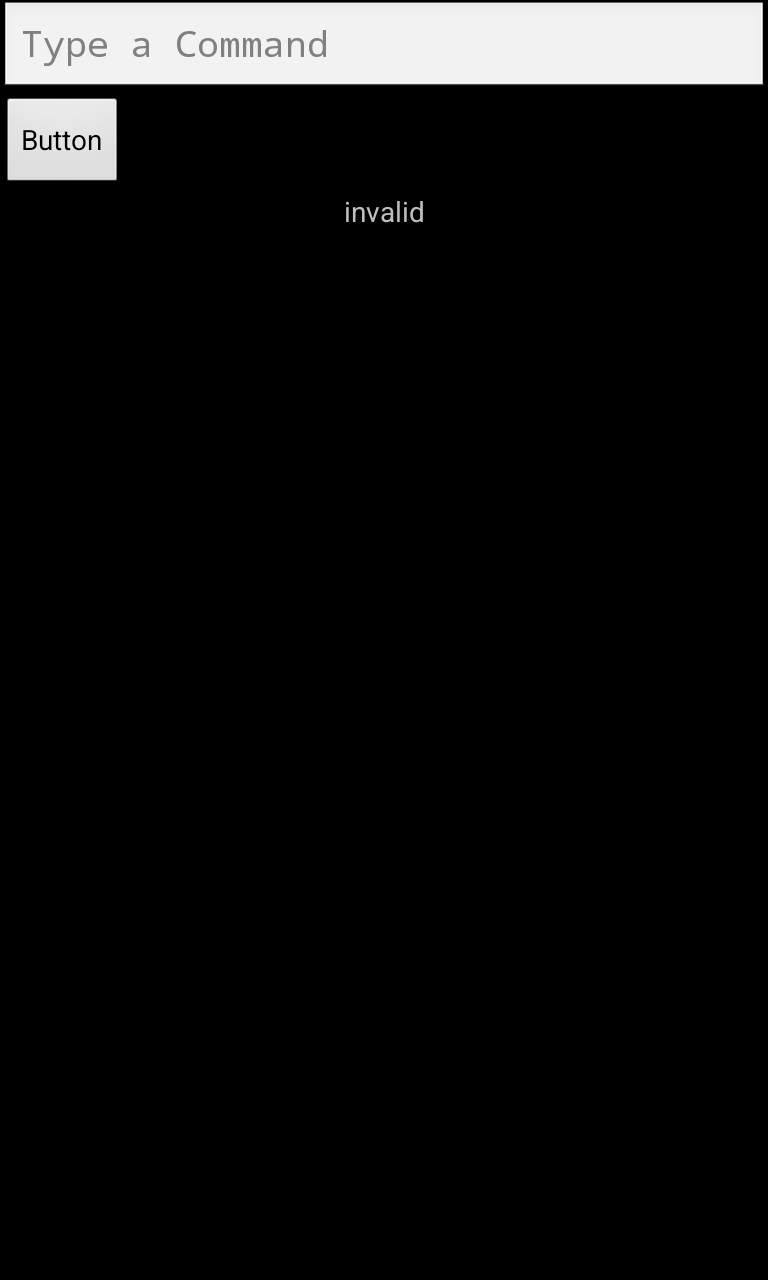
Repository: mcranwill/java_android
Layout: newboston/res/layout/text.xml
An editor plug-in stored every save of this project. The layout is shown before and after the next save, followed by the edit.
It is drawn on a 768 x 1280 px phone screen (xhdpi) without system bars, with theme android:Theme; the app's code is not run.

Above is the layout before, as saved 2012-06-10 18:33:49.

### newboston/res/layout/text.xml
<?xml version="1.0" encoding="UTF-8"?>
<LinearLayout xmlns:android="http://schemas.android.com/apk/res/android"
    android:layout_width="match_parent"
    android:layout_height="match_parent"
    android:orientation="vertical" >

    <EditText
        android:layout_width="fill_parent" android:layout_height="wrap_content"
        android:id="@+id/etCommands" android:hint="@string/basic_hint"
        android:password="true" />
    <Button android:text="Button" android:id="@+id/bResults"
        android:layout_width="wrap_content" android:layout_height="wrap_content"/>

    <TextView
        android:id="@+id/tvResutls"
        android:layout_width="fill_parent"
        android:layout_height="wrap_content"
        android:gravity="center"
        android:text="invalid" />

</LinearLayout>

### newboston/res/values/strings.xml
<?xml version="1.0" encoding="utf-8"?>
<resources>

    <string name="hello">Hello World, StartingPoint!</string>
    <string name="app_name">Newboston</string>
    <string name="basic_hint">Type a Command</string>

</resources>

After the next save:
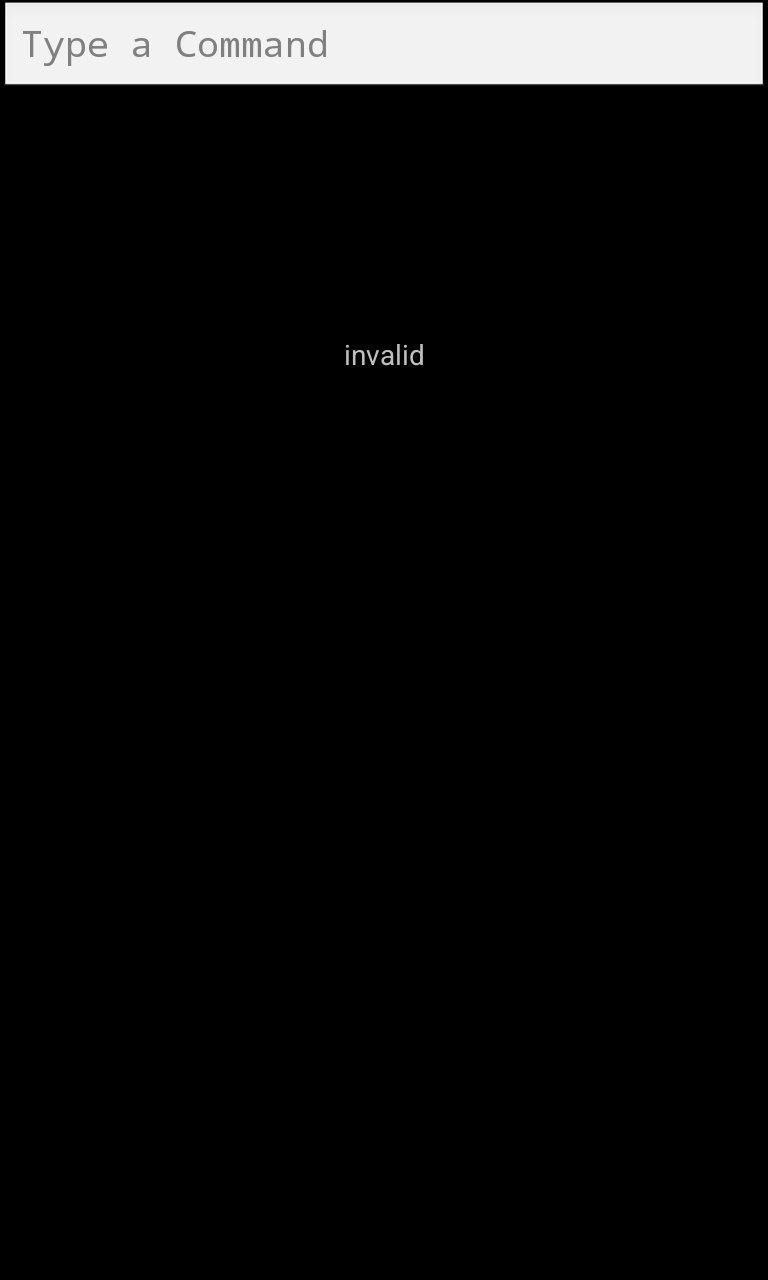
Saved 65 s later.
--- a/newboston/res/layout/text.xml
+++ b/newboston/res/layout/text.xml
@@ -9,7 +9,7 @@
         android:id="@+id/etCommands" android:hint="@string/basic_hint"
         android:password="true" />
     <Button android:text="Button" android:id="@+id/bResults"
-        android:layout_width="wrap_content" android:layout_height="wrap_content"/>
+        android:layout_width="fill_content" android:layout_height="wrap_content"/>
 
     <TextView
         android:id="@+id/tvResutls"
